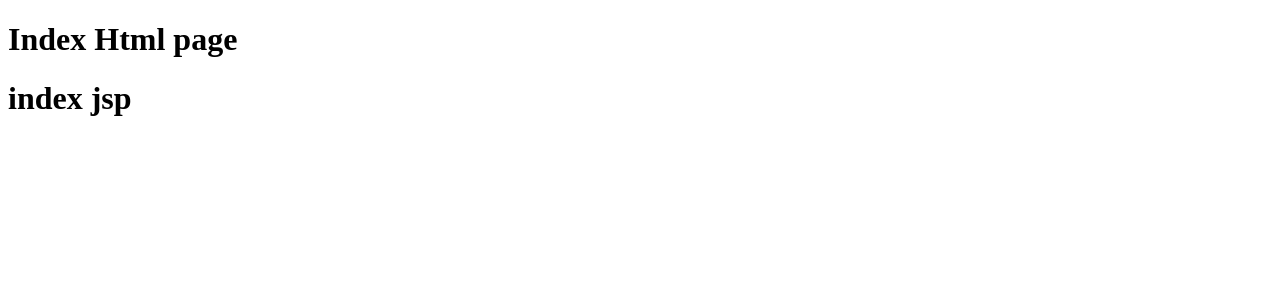
Repository: MouryaGottipati/GROVS
Page: GROV/GROVS/src/main/resources/static/index.html
These files come from the project's save history. The page is drawn as it stood at one moment and after the next save; the edit follows.
The browser window is 1280 px wide. The pictures show the whole page.

Above is the page before, as saved 2022-09-19 19:20:00.

### GROV/GROVS/src/main/resources/static/index.html
<!DOCTYPE html>
<html>
<head>
<meta charset="ISO-8859-1">
<title>Insert title here</title>
</head>
<body>
	<h1>Index Html page</h1>
	<h1 href="index">index jsp</h1>
</body>
</html>

After the next save:
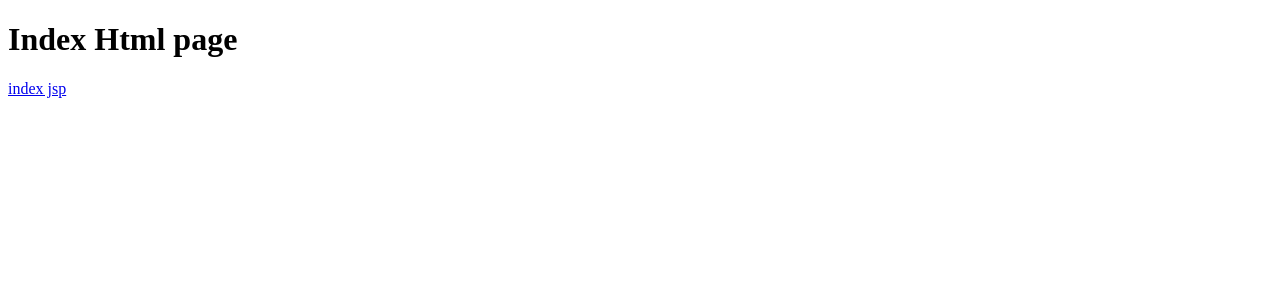
Saved 54 s later.
--- a/GROV/GROVS/src/main/resources/static/index.html
+++ b/GROV/GROVS/src/main/resources/static/index.html
@@ -6,6 +6,6 @@
 </head>
 <body>
 	<h1>Index Html page</h1>
-	<h1 href="index">index jsp</h1>
+	<a href="index">index jsp</a>
 </body>
 </html>
